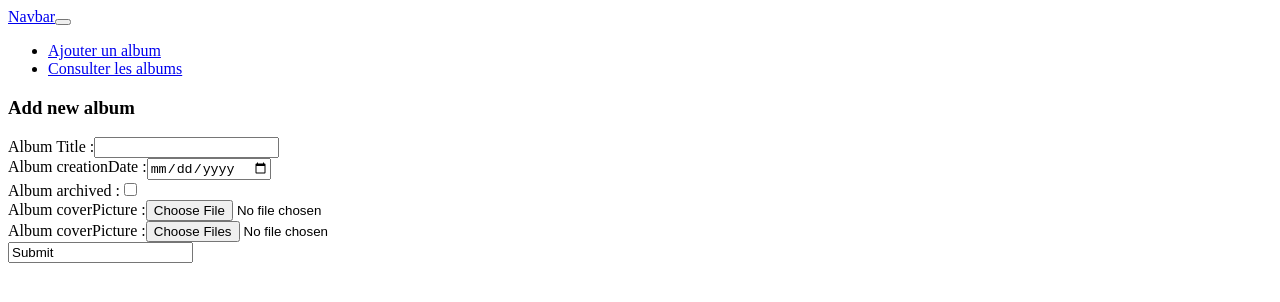
Repository: yassinecher/TestCC4SAE6
Page: /albums/add
An editor plug-in stored every save of this project. The page is shown before and after the next save, followed by the edit.
The browser window is 1280 px wide. The pictures show the whole page.
The project was rebuilt for these pictures with package versions that can differ from the ones it lists, and the page was loaded fresh each time. Also part of the build but not shown: angular.json, src/app/components/albums/albums.component.ts, src/app/components/not-found/not-found.component.ts.

Above is the page before, as saved 2024-12-20 14:52:59.

### src/index.html
<!doctype html>
<html lang="en">
<head>
  <meta charset="utf-8">
  <title>TestCCYassinecherni</title>
  <base href="/">
  <meta name="viewport" content="width=device-width, initial-scale=1">
  <link rel="icon" type="image/x-icon" href="favicon.ico">
</head>
<body>
  <app-root></app-root>
</body>
</html>

### src/app/app.module.ts
import { NgModule } from '@angular/core';
import { BrowserModule } from '@angular/platform-browser';

import { AppComponent } from './app.component';
import { AppRoutingModule } from './app-routing.module';
import { NavBarComponent } from './components/nav-bar/nav-bar.component';
import { AlbumsComponent } from './components/albums/albums.component';
import { AddAlbumsComponent } from './components/add-albums/add-albums.component';
import { NotFoundComponent } from './components/not-found/not-found.component';
import { FormsModule, ReactiveFormsModule } from '@angular/forms';

@NgModule({
  declarations: [
    AppComponent,
    NavBarComponent,
    AlbumsComponent,
    AddAlbumsComponent,
    NotFoundComponent,

  ],
  imports: [
    BrowserModule,
    AppRoutingModule,
    FormsModule,

    ReactiveFormsModule
  ],
  providers: [],
  bootstrap: [AppComponent]
})
export class AppModule { }

### src/app/app.component.ts
import { Component } from '@angular/core';

@Component({
  selector: 'app-root',
  templateUrl: './app.component.html',
  styleUrls: ['./app.component.css']
})
export class AppComponent {
  title = 'testCC_Yassinecherni';
}

### src/app/app-routing.module.ts
import { NgModule } from '@angular/core';
import { RouterModule, Routes } from '@angular/router';
import { AlbumsComponent } from './components/albums/albums.component';
import { AddAlbumsComponent } from './components/add-albums/add-albums.component';
import { NotFoundComponent } from './components/not-found/not-found.component';

const routes: Routes = [
  { path: 'albums', component: AlbumsComponent },
  { path: '', redirectTo: '/albums', pathMatch: 'full' },

  { path: 'albums/add', component: AddAlbumsComponent },
  { path: '**', component: NotFoundComponent },
];

@NgModule({
  imports: [RouterModule.forRoot(routes)],
  exports: [RouterModule]
})
export class AppRoutingModule { }

### src/app/components/add-albums/add-albums.component.ts
import { Component, OnInit } from '@angular/core';
import { FormControl, FormGroup, Validators } from '@angular/forms';

@Component({
  selector: 'app-add-albums',
  templateUrl: './add-albums.component.html',
  styleUrls: ['./add-albums.component.css']
})
export class AddAlbumsComponent  {
updateFiles($event: any) {
  console.log($event.target.files)
}
add() {
console.log(this.album.value)

}
  album!: FormGroup;
  ngOnInit(): void {
    this.album = new FormGroup({
      title: new FormControl('', [
        Validators.required,
        Validators.pattern('[0-9 a-z A-Z]+'),
      ]),
      creationDate: new FormControl(new Date(), [
        Validators.required,

      ]),
      archived: new FormControl(0, [
        Validators.required,

      ]),
      coverPicture: new FormControl('', [Validators.required]),
      photos: new FormControl([], [Validators.required]),

    });

  }
}

### src/app/app.component.html
<app-nav-bar>
</app-nav-bar>

  <router-outlet></router-outlet>

### src/app/components/nav-bar/nav-bar.component.html
<nav class="navbar navbar-expand-lg navbar-light bg-light">
    <div class="container-fluid">
        <a class="navbar-brand" href="#">Navbar</a>
        <button class="navbar-toggler" type="button" data-bs-toggle="collapse" data-bs-target="#navbarNav"
            aria-controls="navbarNav" aria-expanded="false" aria-label="Toggle navigation">
            <span class="navbar-toggler-icon"></span>
        </button>
        <div class="collapse navbar-collapse" id="navbarNav">
            <ul class="navbar-nav">
                <li class="nav-item">
                    <a class="nav-link active" aria-current="page"
                    routerLink="/albums/add">Ajouter un album</a>
                </li>
                <li class="nav-item">
                    <a class="nav-link active" aria-current="page"
                    routerLink="/albums">Consulter les albums</a>
                </li>
            </ul>
        </div>
    </div>
</nav>

### src/app/components/add-albums/add-albums.component.html
<div class="container">
    <div class="row">
        <h3>Add new album</h3>
    </div>
    <div class="row">
        <form [formGroup]="album">
            <div class="mb-3">
                <label>Album Title :</label>
                <input type="text" class="form-control" formControlName="title">
                <div class="alert alert-danger" *ngIf="album.get('title')!.invalid
                && (album.get('title')!.touched||album.get('title')!.dirty)">
                    <div *ngIf="album.get('title')!.hasError('required')">
                        album number is required</div>
                    <div *ngIf="album.get('title')!.hasError('pattern')">
                        album number invalid</div>
                </div>
            </div>
            <div class="mb-3">
                <label>Album creationDate :</label>
                <input type="date" class="form-control" formControlName="creationDate">
                <div class="alert alert-danger" *ngIf="album.get('creationDate')!.invalid
                && (album.get('creationDate')!.touched||album.get('creationDate')!.dirty)">
                    <div *ngIf="album.get('title')!.hasError('required')">
                        album number is required</div>
                    <div *ngIf="album.get('title')!.hasError('pattern')">
                        album number invalid</div>
                </div>
            </div>
            <div class="mb-3">
                <label>Album archived :</label>
                <input type="checkbox" class="form-control" formControlName="archived">
            </div>
            <div class="mb-3">
                <label>Album coverPicture :</label>
                <input type="file" class="form-control" formControlName="coverPicture">
                <div class="alert alert-danger" *ngIf="album.get('coverPicture')!.invalid
                && (album.get('coverPicture')!.touched||album.get('coverPicture')!.dirty)">
                    <div *ngIf="album.get('coverPicture')!.hasError('required')">
                        album number is required</div>
                    <div *ngIf="album.get('coverPicture')!.hasError('pattern')">
                        album number invalid</div>
                </div>
            </div>
            <div class="mb-3">
                <label>Album coverPicture :</label>
                <input (change)="updateFiles($event)" type="file"  multiple class="form-control" formControlName="coverPicture">
                <div class="alert alert-danger" *ngIf="album.get('coverPicture')!.invalid
                && (album.get('coverPicture')!.touched||album.get('coverPicture')!.dirty)">
                    <div *ngIf="album.get('coverPicture')!.hasError('required')">
                        album number is required</div>
                    <div *ngIf="album.get('coverPicture')!.hasError('pattern')">
                        album number invalid</div>
                </div>
            </div>
            <div class="mb-3">
                <input type="sumbit" value="Submit" class="btn btn-outline-success" (click)="add()">
            </div>
        </form>
    </div>
</div>

Loaded but not shown: src/styles.css (common file); src/main.ts (common file); src/app/components/nav-bar/nav-bar.component.ts (common file); src/app/app.component.css (no stored copy; drawn as an empty file); src/app/components/add-albums/add-albums.component.css (no stored copy; drawn as an empty file); src/app/components/nav-bar/nav-bar.component.css (no stored copy; drawn as an empty file)

After the next save:
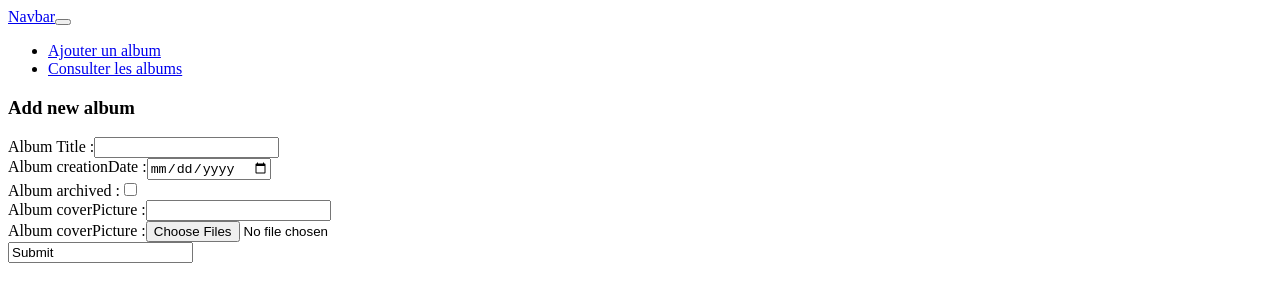
Saved 77 s later.
--- a/src/app/components/add-albums/add-albums.component.html
+++ b/src/app/components/add-albums/add-albums.component.html
@@ -32,7 +32,7 @@
             </div>
             <div class="mb-3">
                 <label>Album coverPicture :</label>
-                <input type="file" class="form-control" formControlName="coverPicture">
+                <input type="text" class="form-control" formControlName="coverPicture">
                 <div class="alert alert-danger" *ngIf="album.get('coverPicture')!.invalid
                 && (album.get('coverPicture')!.touched||album.get('coverPicture')!.dirty)">
                     <div *ngIf="album.get('coverPicture')!.hasError('required')">
